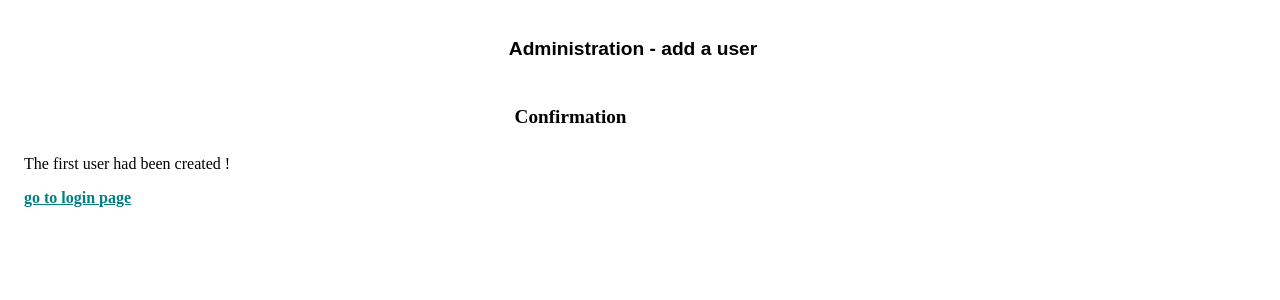
Repository: adrien2riviere/articles_application
Page: itemapp/itemapp/src/main/resources/templates/admin/admconf.html
These files come from the project's save history. The page is drawn as it stood at one moment and after the next save; the edit follows.
The browser window is 1280 px wide. The pictures show the whole page.

Above is the page before, as saved 2025-10-19 10:25:43.

### itemapp/itemapp/src/main/resources/templates/admin/admconf.html
<!DOCTYPE html>
<html xmlns="http://www.w3.org/1999/xhml" xmlns:th="http://www.thymeleaf.org">
    <head>
        <meta charset="UTF-8">
        <title>Administration - add User</title>
        <link rel="stylesheet" type="text/css" href="/../css/admin/admconf.css">
    </head>
    <body>
        <h2>Administration - add a user</h2>
        <div id="divform">
    		<h3>Confirmation</h2>
        	<p>The first user had been created !</p>
        	<a href="/admin/login">go to login page</a>
    	</div>
    </body>
</html>

### itemapp/itemapp/src/main/resources/static/css/admin/admconf.css
body {
  padding-inline-start:1em;
}

h2 {
	font-family:Arial;
	font-size: 1.2em;
	width:14.5em;
	margin:auto;
	margin-top:2em;
	margin-bottom:2em;
}

h3 {
	font-size: 1.2em;
	padding-left:0.6em;
	width:14.5em;
	padding-top:0.4em;
	padding-bottom:0.4em;
	margin:auto;
	margin-bottom:1em;
}

a {
	color:#008080;
	font-weight: bold;
}

form{
	margin-top:1em;
	text-align:center;
}

label{
	margin-top:1em;
	margin-right:1em;
	display: inline-block;
	width:6em;
	font-family:Calibri;
}

input {
	margin-top:1em;
	margin-right:1em;
	width:12.2em;
}

select {
	margin-top:1em;
	margin-right:1em;
	padding:0.12em;
	width:12.75em;
	background-color:#e6e6e6;
}

#button{
	margin-top:2em;
	margin-left:8.85em;
	padding-top:0.4em;
	padding-bottom:0.4em;
	padding-left:2em;
	padding-right:2em;
}

After the next save:
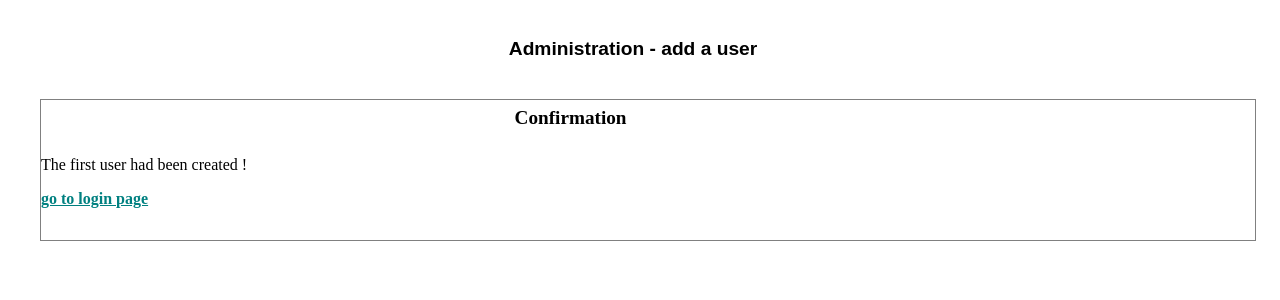
Saved 89 s later.
--- a/itemapp/itemapp/src/main/resources/static/css/admin/admconf.css
+++ b/itemapp/itemapp/src/main/resources/static/css/admin/admconf.css
@@ -61,3 +61,14 @@ select {
 	padding-left:2em;
 	padding-right:2em;
 }
+
+#divform {
+	background-color:white;
+	padding-bottom:2em;
+	margin-top:2em;
+	margin-left:1em;
+	margin-right:1em;
+	border-style:solid;
+	border-color:grey;
+	border-width:thin;
+}
